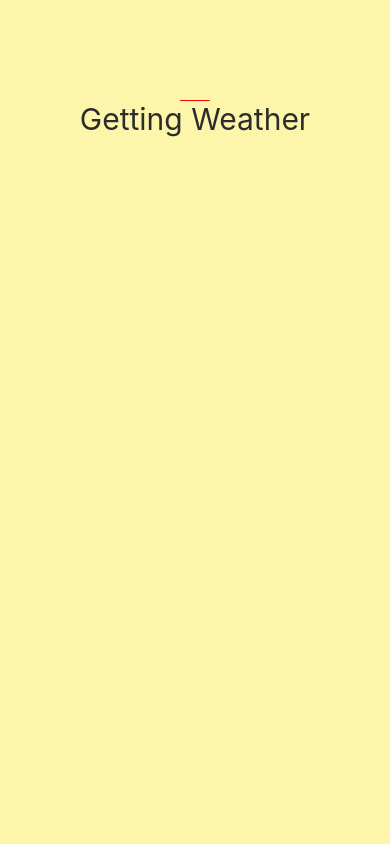
Repository: Exchallenger/Weather-app
Screen: /
The author's editor kept a copy of each file at every save. The screen is drawn from the files as they stood at one save, then again after the next save.
The app was drawn by React Native's web renderer in a window 390 px wide. The project was rebuilt for these pictures with package versions that can differ from the ones it lists, and the page was loaded fresh each time. Also part of the build but not shown: weather.js.

Above is the screen before, as saved 2021-01-15 15:11:51.

After the next save:
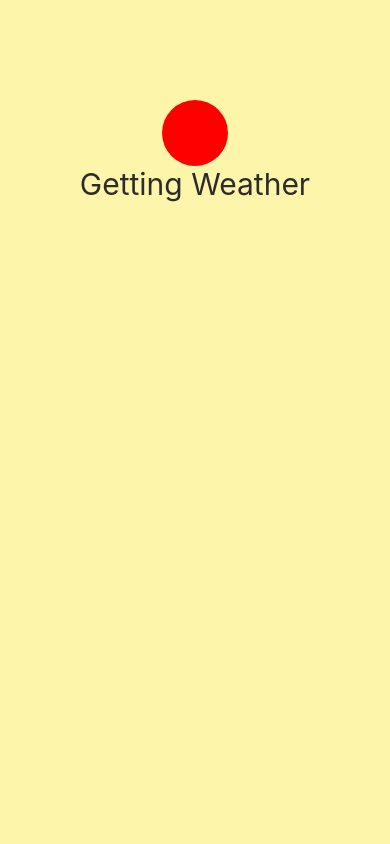
Saved 18 s later.
--- a/loading.js
+++ b/loading.js
@@ -27,8 +27,8 @@ const styles = StyleSheet.create({
 
         justifyContent:"center",
         alignItems:"center",
-        width:30,
-        height:1,
+        width:66,
+        height:66,
         backgroundColor:'red',
         borderRadius:50,
     }
